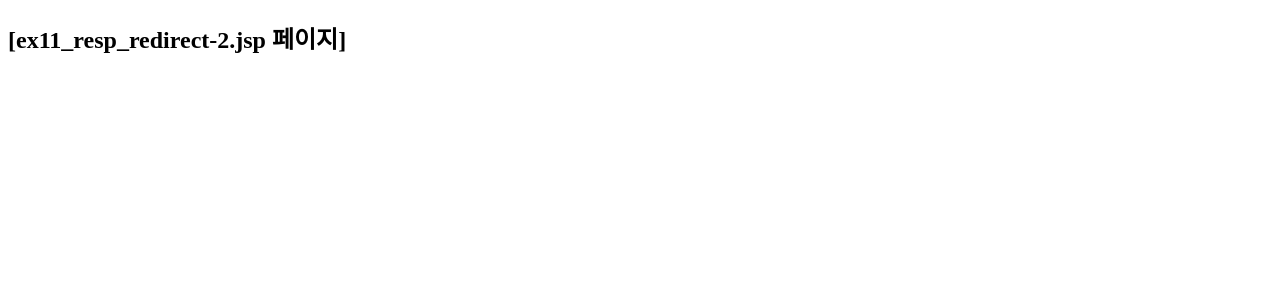
Repository: SeYoung1012/Bitcamp
Page: http://localhost/02_JSP/ex11_resp_redirect-2.jsp
An editor plug-in stored every save of this project. The page is shown before and after the next save, followed by the edit.
The browser window is 1280 px wide. The pictures show the whole page.
The page is served by Tomcat 9.

Above is the page before, as saved 2021-09-27 08:25:42.

### 60_web/02_JSP/WebContent/ex11_resp_redirect-2.jsp
<%@ page language="java" contentType="text/html; charset=UTF-8"
    pageEncoding="UTF-8"%>
<!DOCTYPE html>
<html>
<head>
<meta charset="UTF-8">
<title> ex11_resp_redirect-2.jsp</title>
</head>
<body>
<%
	String id = request.getParameter("id");
	String pwd = request.getParameter("pwd");
	System.out.println(">>ex11_resp_redirect-2.jsp ::" +
	 					"id : " + id + ", pwd: " +pwd);
%>

	<h2>[ex11_resp_redirect-2.jsp 페이지] </h2>

</body>
</html>

After the next save:
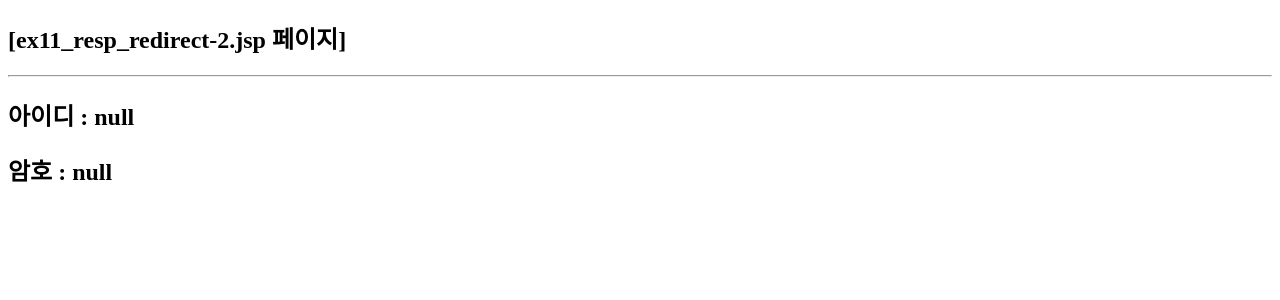
Saved 10 s later.
--- a/60_web/02_JSP/WebContent/ex11_resp_redirect-2.jsp
+++ b/60_web/02_JSP/WebContent/ex11_resp_redirect-2.jsp
@@ -15,6 +15,9 @@
 %>
 
 	<h2>[ex11_resp_redirect-2.jsp 페이지] </h2>
+	<hr>
+	<h2>아이디 : <%=id %></h2>
+	<h2>암호 : <%=pwd %></h2>
 
 </body>
 </html>
